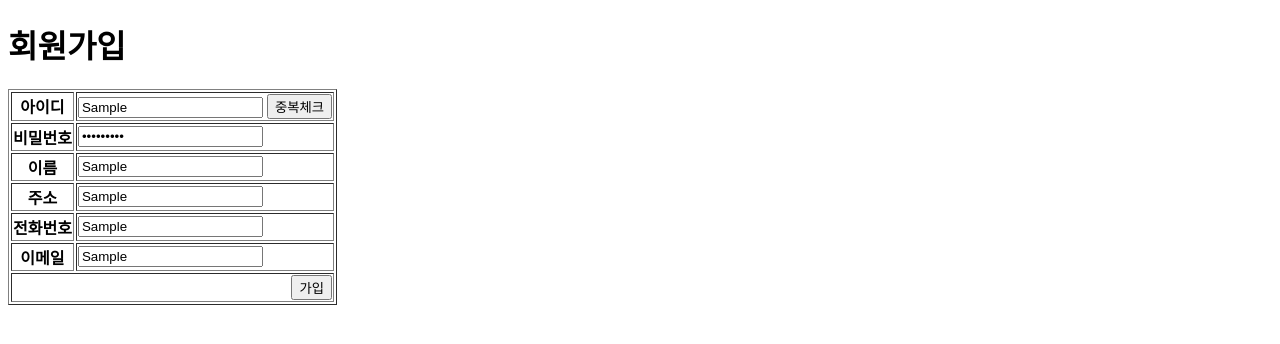
Repository: dd-jiny/KH_Web
Page: http://localhost/Jsp04_LoginBoard/regist.jsp
The author's editor kept a copy of each file at every save. The page is drawn from the files as they stood at one save, then again after the next save.
The browser window is 1280 px wide. The pictures show the whole page.
Empty fields were first filled with sample values (such as "Sample", 5 or name@example.com).
After loading, the first visible `input[onclick="idCheckProc();"]` was clicked once.
The page is served by Tomcat 9. Other server files are loaded and not shown.

Above is the page before, as saved 2021-02-22 04:47:51.
Console error: ReferenceError: idCheckProc is not defined

### Workspace_WEB/Jsp04_LoginBoard/WebContent/regist.jsp
<%@ page language="java" contentType="text/html; charset=UTF-8"
    pageEncoding="UTF-8"%>

<% request.setCharacterEncoding("UTF-8"); %>
<% response.setContentType("text/html; charset=UTF-8");%>
<!DOCTYPE html>
<html>
<head>
<meta charset="UTF-8">
<title>Insert title here</title>
</head>
<body>

	<h1>회원가입</h1>

	<form action="logincontroller.jsp" method="post">
		<input type="hidden" name="command" value="insertuser"/>

	<table border="1">
		<tr>
			<th>아이디</th>
			<td>
				<input type="text" name="myid" required="required" title="n"/>
				<input type="button" value="중복체크" onclick=""/>
			</td>
		</tr>
		<tr>
			<th>비밀번호</th>
			<td>
				<input type="password" name="mypw" required="required" onclick="idCheckProc();"/>
			</td>
		</tr>
		<tr>
			<th>이름</th>
			<td><input type="text" name="myname" required="required" onclick="idCheckProc();"/></td>
		</tr>
		<tr>
			<th>주소</th>
			<td><input type="text" name="myaddr" required="required" onclick="idCheckProc();"/></td>
		</tr>
		<tr>
			<th>전화번호</th>
			<td><input type="text" name="myphone" required="required" onclick="idCheckProc();"/></td>
		</tr>
		<tr>
			<th>이메일</th>
			<td><input type="text" name="myemail" required="required" onclick="idCheckProc();"/></td>
		</tr>
		<tr>
			<td colspan="2" align="right">
				<input type="submit" value="가입" />
				<!-- <button></button> 폼태그 안에 버튼태그를 만들면 서브밋 이벤트 발생 폼태그안에 버튼 쓰지말기 서브밋 용도로만 -->
			</td>
		</tr>
	</table>
	</form>

</body>
</html>

After the next save:
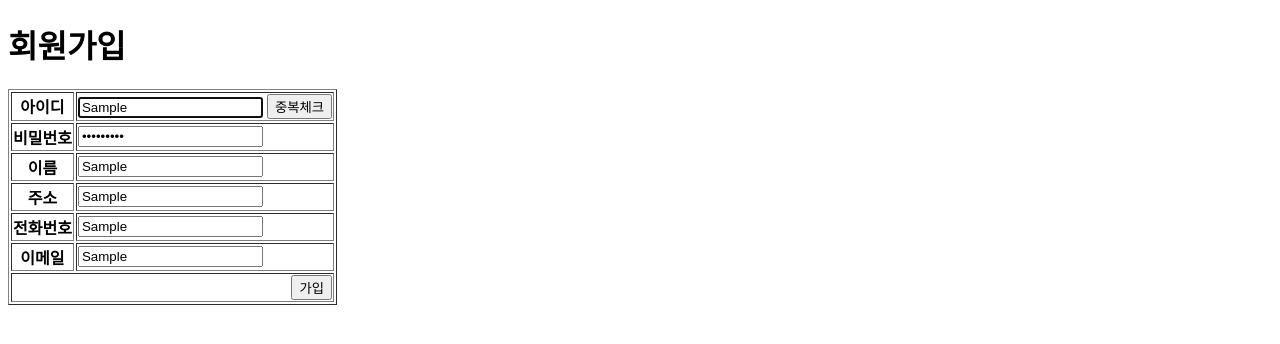
The error is gone.
Saved 2 min 24 s later.
--- a/Workspace_WEB/Jsp04_LoginBoard/WebContent/regist.jsp
+++ b/Workspace_WEB/Jsp04_LoginBoard/WebContent/regist.jsp
@@ -8,6 +8,18 @@
 <head>
 <meta charset="UTF-8">
 <title>Insert title here</title>
+
+<script type="text/javascript">
+
+	function idCheckProc() {
+		var chk = document.getElementsByName("myid")[0].title;
+		if(chk == 'n') {
+			alert("id 중복체크를 해주세요!");
+			document.getElementsByName("myid")[0].focus();
+		}
+	}
+
+</script>
 </head>
 <body>
 
